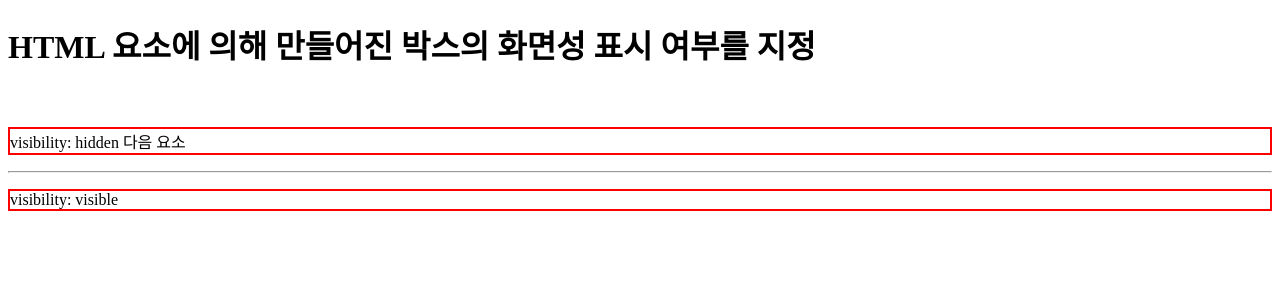
Repository: cussip/SuperHands
Page: WebExam/src/main/webapp/css/box_model/visibility.html
These files come from the project's save history. The page is drawn as it stood at one moment and after the next save; the edit follows.
The browser window is 1280 px wide. The pictures show the whole page.

Above is the page before, as saved 2022-02-01 01:14:13.

After the next save:
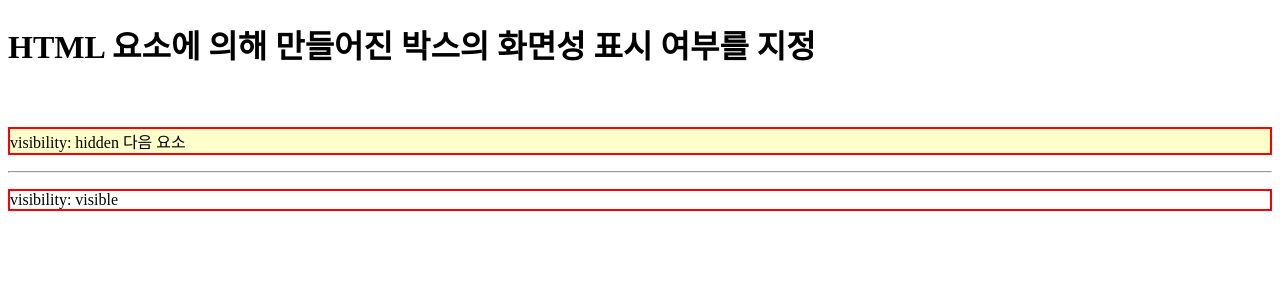
Saved 96 s later.
--- a/WebExam/src/main/webapp/css/box_model/visibility.html
+++ b/WebExam/src/main/webapp/css/box_model/visibility.html
@@ -10,6 +10,12 @@
 		.hidden {
 			visibility: hidden;
 		}
+		.visible {
+			visibility: visible;
+		}
+		.next {
+			background: #FFC;
+		}
 	</style>
 </head>
 <body>
